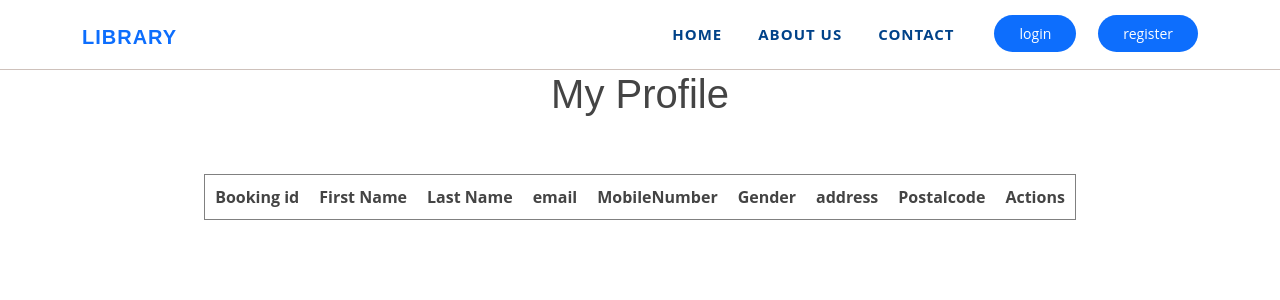
Repository: gousiya669/edubridgeprojects
Page: http://localhost/index
The author's editor kept a copy of each file at every save. The page is drawn from the files as they stood at one save, then again after the next save.
The browser window is 1280 px wide. The pictures show the whole page.
The page is this project's Thymeleaf template; nobody is signed in. The template is opened directly, without the code that normally fills it, so the values that code supplies are empty.

Above is the page before, as saved 2021-10-05 05:53:24.

After the next save:
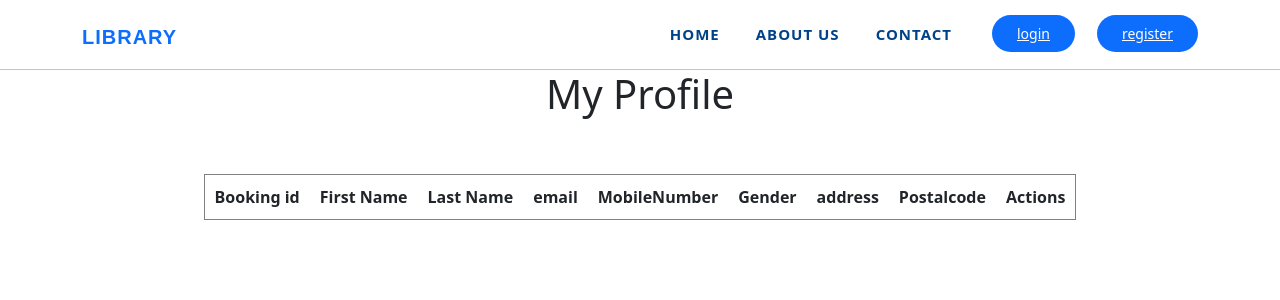
Saved 68 s later.
--- a/java code/eclipse-workspace/shoppingmart/src/main/resources/templates/index.html
+++ b/java code/eclipse-workspace/shoppingmart/src/main/resources/templates/index.html
@@ -10,24 +10,7 @@
 /*--------------------------------------------------------------
 # General
 --------------------------------------------------------------*/
-body {
-  font-family: "Open Sans", sans-serif;
-  color: #444444;
-}
 
-a {
-  /*color: #0d6efd;*/
-  text-decoration: none;
-}
-
-a:hover {
-  /*color: #86db9f;*/
-  text-decoration: none;
-}
-
-h1, h2, h3, h4, h5, h6 {
-  font-family: "Raleway", sans-serif;
-}
 
 /*
 ==========================================
